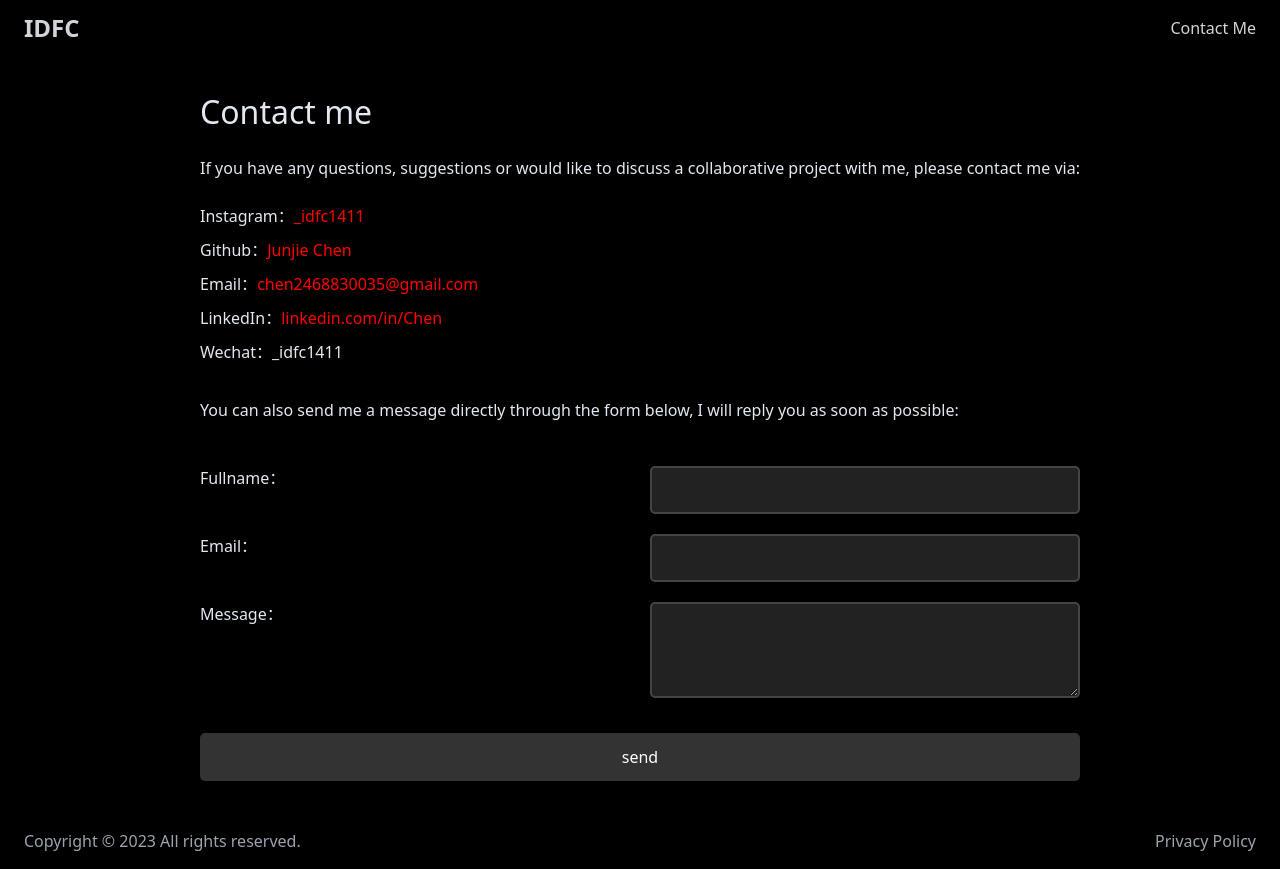
Repository: skybainiao/HackerStarter
Page: htmlFile/me.html
An editor plug-in stored every save of this project. The page is shown before and after the next save, followed by the edit.
The browser window is 1280 px wide. The pictures show the whole page.

Above is the page before, as saved 2023-04-09 18:30:02.

### htmlFile/me.html
<!DOCTYPE html>
<html lang="zh">
  <head>
    <meta charset="UTF-8">
    <meta name="viewport" content="width=device-width, initial-scale=1.0">
    <title>IDFC</title>
    <link href="https://cdn.jsdelivr.net/npm/tailwindcss@2.2.16/dist/tailwind.min.css" rel="stylesheet">
    <link href="../newCSS/home.css" rel="stylesheet">


  </head>
  <body class="flex flex-col min-h-screen">
    <div class="flex-grow">
        <!-- 导航栏 -->
        <header class="bg-black shadow-md">
          <nav class="container mx-auto px-6 py-3">
              <div class="flex items-center justify-between">
                  <div>
                      <a href="../index.html" class="text-gray-300 text-2xl font-semibold">IDFC</a>
                  </div>
                  <div id="navbarMenu" class="hidden md:flex items-center space-x-4">
                      <a href="me.html" class="text-gray-300 hover:text-white">Contact Me</a>
                  </div>
                  <button id="menuButton" class="md:hidden text-gray-300">
                      <svg xmlns="http://www.w3.org/2000/svg" class="h-6 w-6" fill="none" viewBox="0 0 24 24" stroke="currentColor">
                          <path strokeLinecap="round" strokeLinejoin="round" strokeWidth="2" d="M4 6h16M4 12h16M4 18h16" />
                      </svg>
                  </button>
              </div>
          </nav>
      </header>

         <!-- 主内容 -->
         <main class="container mx-auto px-6 py-8 flex flex-col items-center">
            <section class="contact-me">
                <h1>Contact me</h1>
                <p>If you have any questions, suggestions or would like to discuss a collaborative project with me, please contact me via:</p>
                <br>
                <ul>
                    <li>Instagram：<a href="https://instagram.com/_idfc1411?igshid=YmMyMTA2M2Y=">_idfc1411</a></li>
                    <li>Github：<a href="https://github.com/skybainiao">Junjie Chen</a></li>
                    <li>Email：<a href="mailto:chen2468830035@gmail.com">chen2468830035@gmail.com</a></li>
                    <li>LinkedIn：<a href="https://www.linkedin.com/in/junjie-chen-a6b0a5231/" target="_blank">linkedin.com/in/Chen</a></li>
                    <li>Wechat：_idfc1411</li>
                </ul>
                <br>
                <p>You can also send me a message directly through the form below, I will reply you as soon as possible:</p>
                <br>
                <form>
                    <label for="name">Fullname：</label>
                    <input id="name" >

                    <label for="email">Email：</label>
                    <input id="email"  >

                    <label for="message">Message：</label>
                    <textarea id="message" rows="3" ></textarea>


                </form>
                <button id="send">send</button>
            </section>

        </main>
    </div>

    <!-- 页脚 -->
    <footer class="bg-black shadow-md">
        <div class="container mx-auto px-6 py-4">
            <div class="flex justify-between items-center">
                <div>
                    <p class="text-gray-400">Copyright © 2023 All rights reserved.</p>
                </div>
                <div>
                    <a href="#" class="text-gray-400 hover:text-gray-300">Privacy Policy</a>
                </div>
            </div>
        </div>
    </footer>



  <style>





/* 自定义按钮样式 */
#send {
    margin-top: 4%;
    background-color: #333;
    color: #fff;
    padding: 12px 24px;
    border: none;
    border-radius: 5px;
    cursor: pointer;
    font-size: 16px;
    width: 100%;
    transition: background-color 0.3s;
}

/* 悬停效果 */
#send:hover {
    background-color: #555;
}



      /* 标题样式 */
h1 {
    font-size: 2rem;
    margin-bottom: 20px;
}

/* 联系我页面样式 */
.contact-me ul {
    list-style-type: none;
    padding: 0;
}

.contact-me ul li {
    margin-bottom: 10px;
}

.contact-me form {
    display: grid;
    grid-template-columns: repeat(2, 1fr);
    grid-gap: 20px;
    margin-top: 20px;
}

.contact-me form label,
.contact-me form input,
.contact-me form textarea {
    display: block;
    width: 100%;
}

.contact-me form input[type="submit"] {
    grid-column: span 2;
    background-color: #333;
    color: #fff;
    padding: 10px;
    border: none;
    cursor: pointer;
}

.contact-me form input[type="submit"]:hover {
    background-color: #444;
}

.contact-me form input,
.contact-me form textarea {
    background-color: #222;
    color: #fff;
    border: 2px solid #444;
    border-radius: 5px;
    padding: 10px;
}

.contact-me form input:focus,
.contact-me form textarea:focus {
    outline: none;
    box-shadow: 0 0 5px rgba(81, 203, 238, 1);
    border-color: #81CBEE;
}
  </style>


<script src="https://code.jquery.com/jquery-3.6.1.js"></script>
<script src="../newJS/me.js"></script>

</body>
</html>

### newCSS/home.css
#h1Text{

}

.image-container {
    position: relative;
    overflow: hidden;
}

.image-container img {
    width: 100%;
    height: auto;
}

.floating-text {
    position: absolute;
    bottom: 0;
    left: 0;
    width: 100%;
    padding: 2rem;
    text-align: center;
    background-color: rgba(0, 0, 0, 0.5);
    color: white;
    font-size: 1.5rem;
    font-weight: bold;
    text-transform: uppercase;
}


.artistic-text {
    font-family: 'Lobster', cursive;
    text-align: center;
    font-size: 35px;
    letter-spacing: 3px;
    text-shadow: 2px 2px 5px rgba(0, 0, 0, 0.5);
}

/* 暗色调 */
body {
  background-color: #000000;
  color: #e2e8f0;
}

.header,
.footer {
  background-color: #000000;
}

a, .header a, .footer a {
  color: #ff0000;
}

a:hover, .header a:hover, .footer a:hover {
  color: #ff0000;
}

### newJS/me.js
let todoList = document.getElementsByTagName('ul')[0];
let inputEle = document.getElementById('content');
let fileInput = document.getElementById('fileInput');
let submit = document.getElementById('submit-1');

let name1=document.getElementById('name');
let email=document.getElementById('email');
let messages=document.getElementById('message');
let sender=document.getElementById('send');

let p2 = document.getElementById('p2');
let p3 = document.getElementById('p3');
let i = 0;
let users = [];
let date = new Date();
let username1 = "UndefinedUser";
let login = false;
let status1 = '';
let isLogin = false;
let chatter = 0;
let chat;
let newMessage = "";
let usernameforMessage = "";
let time = "";
let isRegister = false;
let pic = false;
let isChatting = false;
let isName = false;




    function send(){
        let message = {
            "username":name1.data,
            "content":"message:"+name1.data+","+email.data+","+messages.data,
            "time":date.toLocaleString(),
           }

           $.ajax({
            type:'post',
            url:'https://www.hackerstarters.com/send',
            data:JSON.stringify(message),
            dataType:"text",
            contentType:"application/json",
            success(data){
                sender.innerHTML='Sent';
            },
            error(err){
             console.log(err);
           }
          });
    }

After the next save:
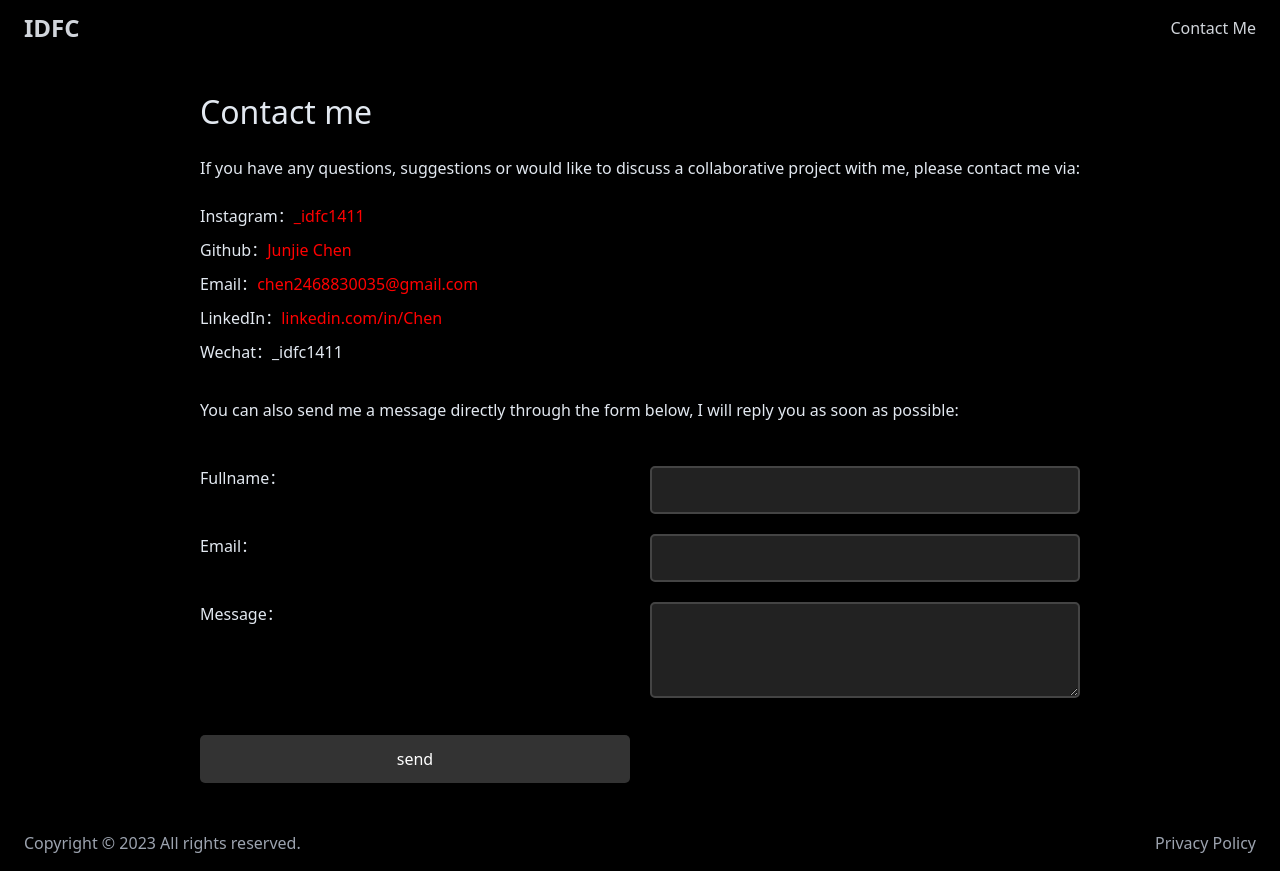
Saved 2 min 39 s later.
--- a/htmlFile/me.html
+++ b/htmlFile/me.html
@@ -56,9 +56,9 @@
                     <label for="message">Message：</label>
                     <textarea id="message" rows="3" ></textarea>
 
+                    <button id="send">send</button>
+                </form>
 
-                </form>
-                <button id="send">send</button>
             </section>
 
         </main>

After the save that followed:
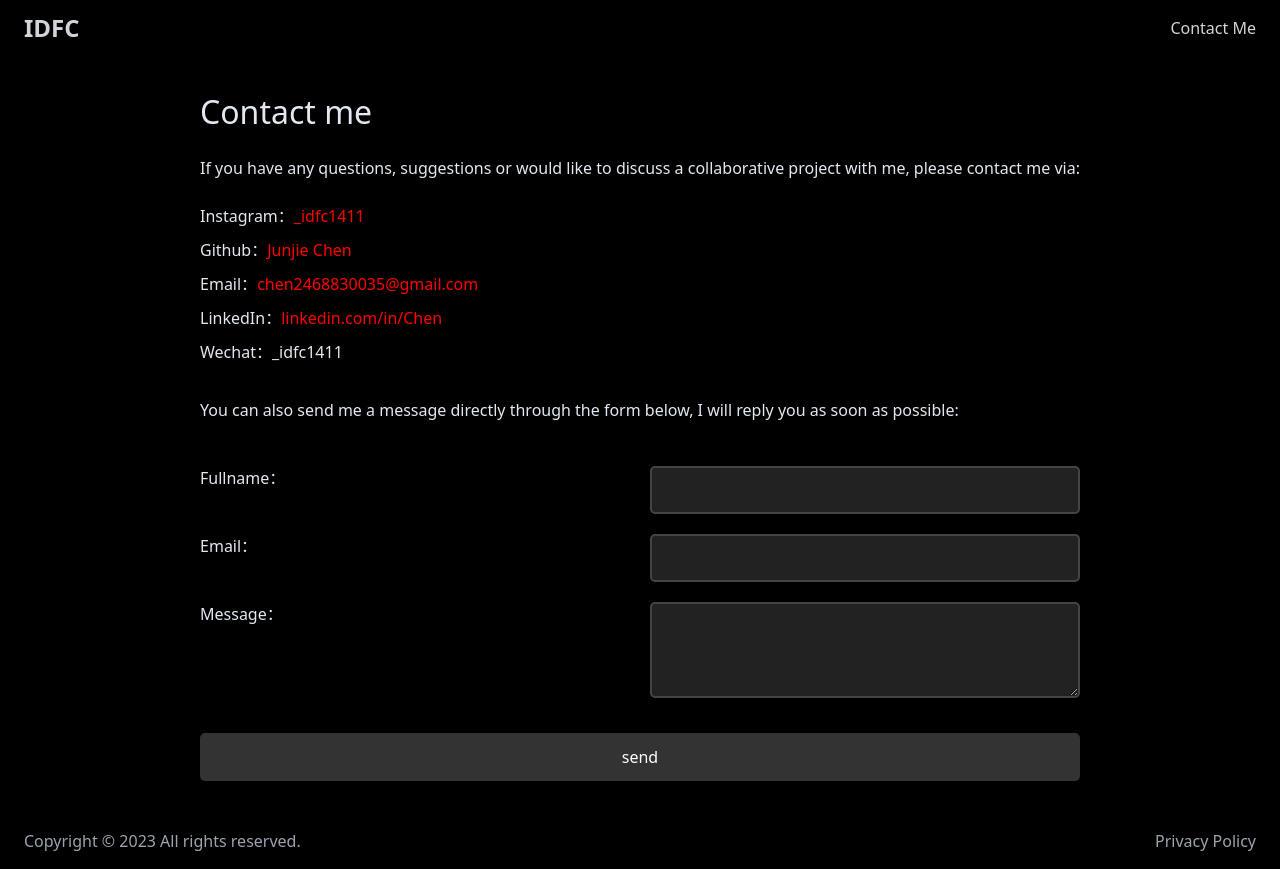
Saved 65 s later.
--- a/htmlFile/me.html
+++ b/htmlFile/me.html
@@ -56,9 +56,9 @@
                     <label for="message">Message：</label>
                     <textarea id="message" rows="3" ></textarea>
 
-                    <button id="send">send</button>
+
                 </form>
-
+                <button id="send">send</button>
             </section>
 
         </main>
